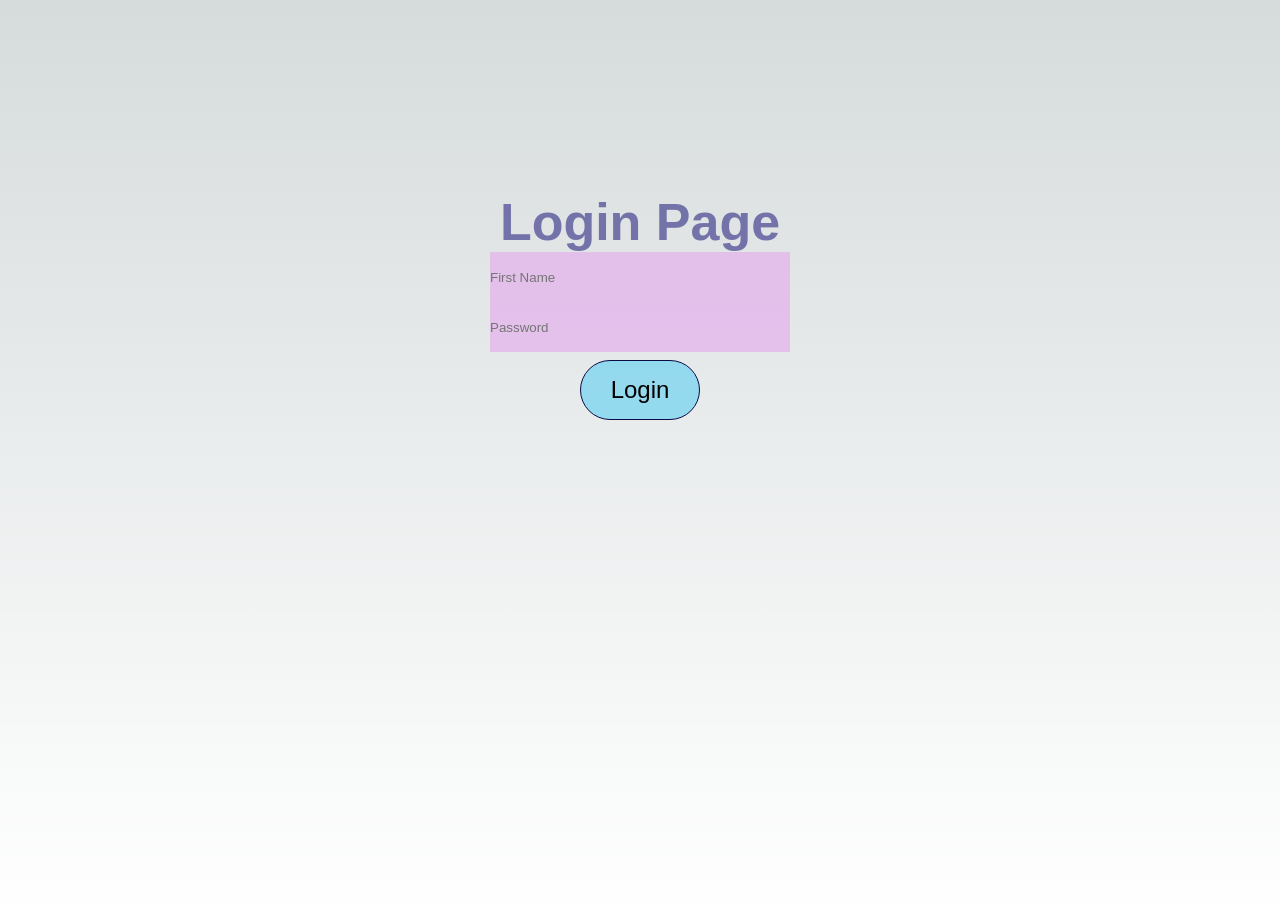
Repository: SaraShio/counter
Page: /
The author's editor kept a copy of each file at every save. The page is drawn from the files as they stood at one save, then again after the next save.
The browser window is 1280 px wide. The pictures show the whole page.
The project was rebuilt for these pictures with package versions that can differ from the ones it lists, and the page was loaded fresh each time. The framework's server and built-in components were replaced by stand-ins that run in the browser. Also part of the build but not shown: next.config.js.

Above is the page before, as saved 2023-01-15 22:58:24.

### pages/index.js
import Head from 'next/head'
import Image from 'next/image'
import { Inter } from '@next/font/google'
import styles from '../styles/Home.module.css'
import { useEffect, useState } from 'react'
import { useRouter } from 'next/router'


const inter = Inter({ subsets: ['latin'] })

export default function Home() {

  const router = useRouter();

  const [formData, setFormData] = useState({
    firstName: '',
    password: '',
  })

  const CheckLogin = () => {
    console.log(formData.firstName);
    console.log(formData);

    if (formData.password !== null) {
      router.push({
        pathname: './counter',
        query: {
          password: formData.firstName
        }
      })
    }
  }


  return (
    <>
      <Head>
        <title>Create Next App</title>
        <meta name="description" content="Generated by create next app" />
        <meta name="viewport" content="width=device-width, initial-scale=1" />
        <link rel="icon" href="/favicon.ico" />
      </Head>
      <main className={styles.main}>
        <label className={styles.title}>Login Page</label>
        <input
          placeholder='First Name'
          type="text"
          id="first"
          name="first"
          //pattern="[A-Z]{1}[a-z]{2-10}"
          //title="The first letter should be uppercase"
          onChange={(e => setFormData({ ...formData, firstName: e.target.value }))}
        />

        <input
          placeholder='Password'
          type="text"
          id="password"
          name="password"
          //required
          //minLength="5"
          //maxLength="10"
          onChange={(e => setFormData({ ...formData, password: e.target.value }))}

        />


        <button className={styles.submit} type="submit" onClick={() => CheckLogin()}>Login</button>

      </main>
    </>
  )
}

### styles/globals.css
:root {
  --max-width: 1100px;
  --border-radius: 12px;
  --font-mono: ui-monospace, Menlo, Monaco, 'Cascadia Mono', 'Segoe UI Mono',
    'Roboto Mono', 'Oxygen Mono', 'Ubuntu Monospace', 'Source Code Pro',
    'Fira Mono', 'Droid Sans Mono', 'Courier New', monospace;

  --foreground-rgb: 0, 0, 0;
  --background-start-rgb: 214, 219, 220;
  --background-end-rgb: 255, 255, 255;
  --light-purple: #e3b8eccf;
  --purple: #874e93;
  --medium-purple: #6565a2e3;
  --dark-gray: #434346;
  --deep-blue: #0a0a47;
  --light-blue: #51ccf18c;
  --extra-large-header-font: 52px;
  --large-header-font: 40px;
  --medium-header-font: 32px;
  --small-header-font: 24px;
  --new-font: 'Raleway', sans-serif, 'Unbounded', cursive;
  --padding: 16px;


  --primary-glow: conic-gradient(from 180deg at 50% 50%,
      #16abff33 0deg,
      #0885ff33 55deg,
      #54d6ff33 120deg,
      #0071ff33 160deg,
      transparent 360deg);
  --secondary-glow: radial-gradient(rgba(255, 255, 255, 1),
      rgba(255, 255, 255, 0));

  --tile-start-rgb: 239, 245, 249;
  --tile-end-rgb: 228, 232, 233;
  --tile-border: conic-gradient(#00000080,
      #00000040,
      #00000030,
      #00000020,
      #00000010,
      #00000010,
      #00000080);

  --callout-rgb: 238, 240, 241;
  --callout-border-rgb: 172, 175, 176;
  --card-rgb: 180, 185, 188;
  --card-border-rgb: 131, 134, 135;
}

@media (prefers-color-scheme: dark) {
  :root {
    --foreground-rgb: 255, 255, 255;
    --background-start-rgb: 0, 0, 0;
    --background-end-rgb: 0, 0, 0;

    --primary-glow: radial-gradient(rgba(1, 65, 255, 0.4), rgba(1, 65, 255, 0));
    --secondary-glow: linear-gradient(to bottom right,
        rgba(1, 65, 255, 0),
        rgba(1, 65, 255, 0),
        rgba(1, 65, 255, 0.3));

    --tile-start-rgb: 2, 13, 46;
    --tile-end-rgb: 2, 5, 19;
    --tile-border: conic-gradient(#ffffff80,
        #ffffff40,
        #ffffff30,
        #ffffff20,
        #ffffff10,
        #ffffff10,
        #ffffff80);

    --callout-rgb: 20, 20, 20;
    --callout-border-rgb: 108, 108, 108;
    --card-rgb: 100, 100, 100;
    --card-border-rgb: 200, 200, 200;
  }
}

* {
  box-sizing: border-box;
  padding: 0;
  margin: 0;
}

html,
body {
  max-width: 100vw;
  overflow-x: hidden;
}

body {
  color: rgb(var(--foreground-rgb));
  background: linear-gradient(to bottom,
      transparent,
      rgb(var(--background-end-rgb))) rgb(var(--background-start-rgb));
}

a {
  color: inherit;
  text-decoration: none;
}

@media (prefers-color-scheme: dark) {
  html {
    color-scheme: dark;
  }
}

### styles/Home.module.css
.main {
  display: flex;
  flex-direction: column;
  align-items: center;
  padding: 6rem;
  margin: 6rem;
  min-height: 100vh;
  color: var(--medium-purple);
  font-size: var(--large-header-font);
  font-family: var(--new-font);
}

.title {
  font-size: var(--extra-large-header-font);
  font-weight: bold;
}


.main>input {
  width: 300px;
  height: 50px;
  background-color: var(--light-purple);
  border: none;
}



.submit {
  background-color: var(--light-blue);
  border: 0.5px solid var(--deep-blue);
  width: 120px;
  height: 60px;
  border-radius: 1000px;
  font-size: var(--small-header-font);
  font-family: var(--new-font);
  margin: 8px;
  padding: 4px;
}

Loaded but not shown: pages/_app.js (common file); pages/_document.js (common file)

After the next save:
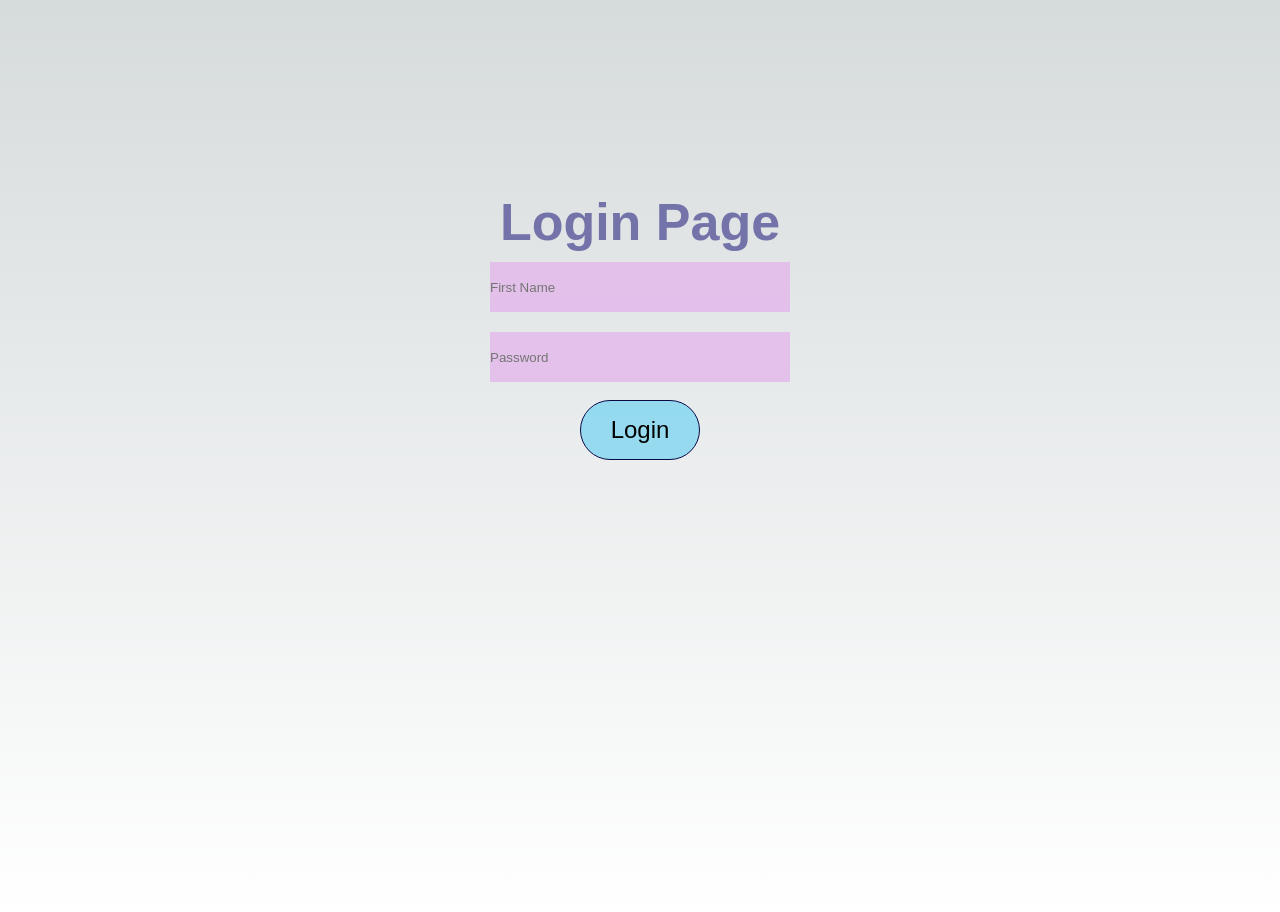
Saved 13 s later.
--- a/styles/Home.module.css
+++ b/styles/Home.module.css
@@ -21,6 +21,7 @@
   height: 50px;
   background-color: var(--light-purple);
   border: none;
+  margin: 10px;
 }
 
 
